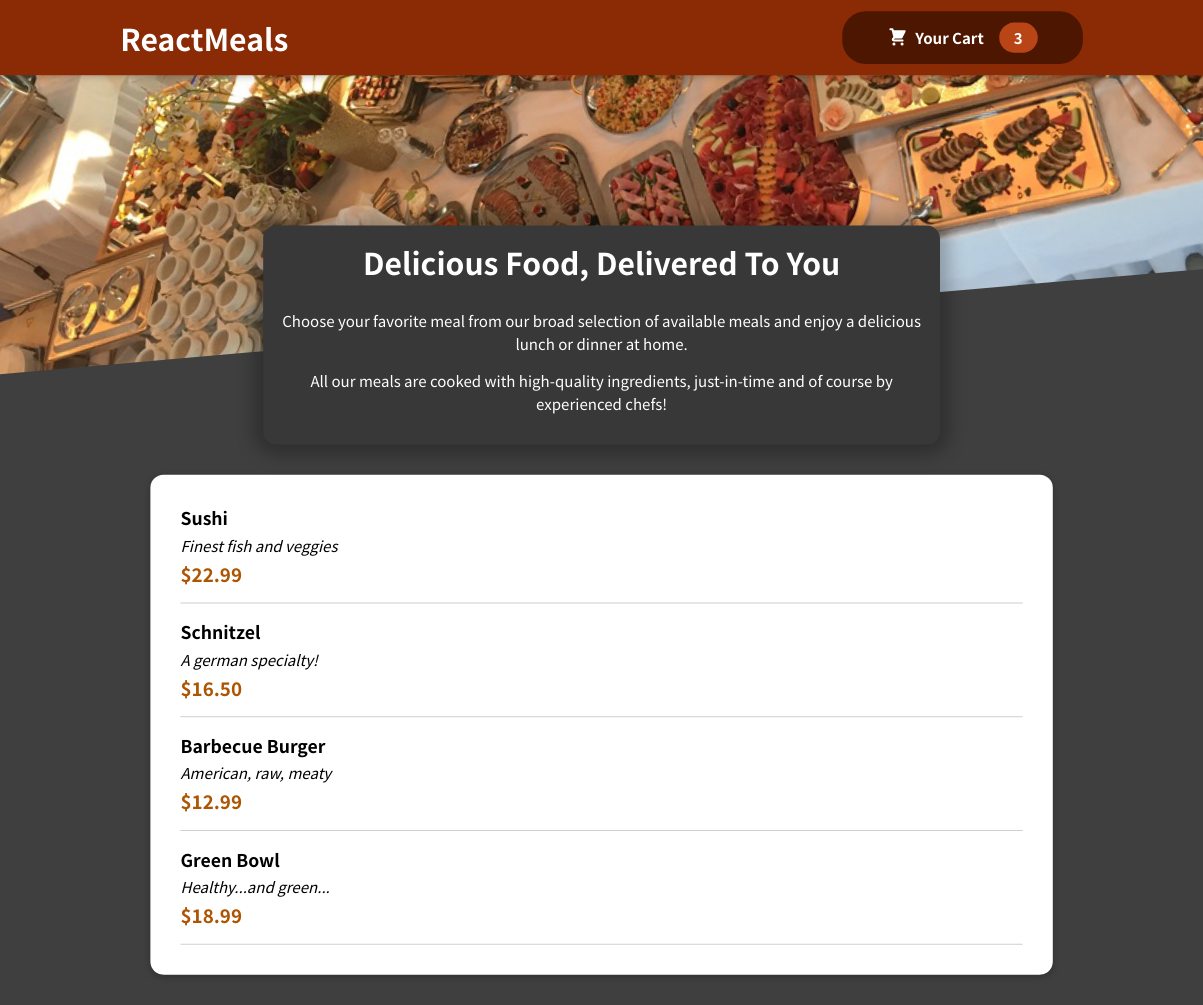
Repository: m-ahmadshaikh/React-Food-Ordering-App
Page: /
An editor plug-in stored every save of this project. The page is shown before and after the next save, followed by the edit.
The browser window is 1280 px wide. The pictures show the whole page, at 94% of full size.
The project was rebuilt for these pictures with package versions that can differ from the ones it lists, and the page was loaded fresh each time. Also part of the build but not shown: src/components/Meals/MealItemForm.module.css.

Above is the page before, as saved 2022-09-08 16:49:56.

### src/App.js
import { Fragment } from 'react';
import Header from './components/Layout/Header';
import Meals from './components/Meals/Meals';

function App() {
  return (
    <Fragment>
      <Header />
      <Meals />
    </Fragment>
  );
}

export default App;

### src/components/Layout/Header.js
import React from 'react';
import styles from './Header.module.css';
import mealsImage from '../../assets/meals.jpeg';
import HeaderCartButton from './HeaderCartButton';
export default function Header() {
  return (
    <React.Fragment>
      <header className={styles.header}>
        <h1>ReactMeals</h1>
        <HeaderCartButton />
      </header>
      <div className={styles['main-image']}>
        <img src={mealsImage} alt="A table full of delicious foods." />
      </div>
    </React.Fragment>
  );
}

### src/components/Meals/Meals.js
import React, { Fragment } from 'react';
import AvailableMeals from './AvailableMeals';
import MealsSummary from './MealsSummary';

export default function Meals() {
  return (
    <Fragment>
      <MealsSummary />
      <AvailableMeals />
    </Fragment>
  );
}

### src/components/Layout/HeaderCartButton.js
import React from 'react';
import CartIcon from '../Cart/CartIcon';
import classes from './HeaderCartButton.module.css';
export default function HeaderCartButton() {
  return (
    <button className={classes.button}>
      <span className={classes.icon}>
        <CartIcon />
      </span>
      <span>Your Cart</span>
      <span className={classes.badge}>3</span>
    </button>
  );
}

### src/components/Meals/AvailableMeals.js
import React from 'react';
import Card from '../UI/Card';
import classes from './AvailableMeals.module.css';
import MealItem from './MealItem';
const DUMMY_MEALS = [
  {
    id: 'm1',
    name: 'Sushi',
    description: 'Finest fish and veggies',
    price: 22.99,
  },
  {
    id: 'm2',
    name: 'Schnitzel',
    description: 'A german specialty!',
    price: 16.5,
  },
  {
    id: 'm3',
    name: 'Barbecue Burger',
    description: 'American, raw, meaty',
    price: 12.99,
  },
  {
    id: 'm4',
    name: 'Green Bowl',
    description: 'Healthy...and green...',
    price: 18.99,
  },
];
export default function AvailableMeals() {
  const mealsList = DUMMY_MEALS.map((meal) => (
    <MealItem
      key={meal.id}
      name={meal.name}
      description={meal.description}
      price={meal.price}
    />
  ));
  return (
    <section className={classes.meals}>
      <Card>
        <ul>{mealsList}</ul>
      </Card>
    </section>
  );
}

### src/components/Cart/CartIcon.js
import React from 'react';

export default function CartIcon() {
  return (
    <svg
      xmlns="http://www.w3.org/2000/svg"
      viewBox="0 0 20 20"
      fill="currentColor">
      <path d="M3 1a1 1 0 000 2h1.22l.305 1.222a.997.997 0 00.01.042l1.358 5.43-.893.892C3.74 11.846 4.632 14 6.414 14H15a1 1 0 000-2H6.414l1-1H14a1 1 0 00.894-.553l3-6A1 1 0 0017 3H6.28l-.31-1.243A1 1 0 005 1H3zM16 16.5a1.5 1.5 0 11-3 0 1.5 1.5 0 013 0zM6.5 18a1.5 1.5 0 100-3 1.5 1.5 0 000 3z" />
    </svg>
  );
}

### src/components/Layout/HeaderCartButton.module.css
.button {
    cursor: pointer;
    font: inherit;
    border: none;
    background-color: #4d1601;
    color: white;
    padding: 0.75rem 3rem;
    display: flex;
    justify-content: space-around;
    align-items: center;
    border-radius: 25px;
    font-weight: bold;
}

.button:hover,
.button:active {
    background-color: #2c0d00;
}

.icon {
    width: 1.35rem;
    height: 1.35rem;
    margin-right: 0.5rem;
}

.badge {
    background-color: #b94517;
    padding: 0.25rem 1rem;
    border-radius: 25px;
    margin-left: 1rem;
    font-weight: bold;
}

.button:hover .badge,
.button:active .badge {
    background-color: #92320c;
}

.bump {
    animation: bump 300ms ease-out;
}

@keyframes bump {
    0% {
        transform: scale(1);
    }

    10% {
        transform: scale(0.9);
    }

    30% {
        transform: scale(1.1);
    }

    50% {
        transform: scale(1.15);
    }

    100% {
        transform: scale(1);
    }
}

### src/components/UI/Card.js
import React from 'react';
import styles from './Card.module.css';
export default function Card(props) {
  const classNames = `${styles.card} ${props.className}`;
  return <div className={classNames}>{props.children}</div>;
}

### src/components/Meals/MealItem.js
import React from 'react';
import classes from './MealItem.module.css';
export default function MealItem(props) {
  const price = `$${props.price.toFixed(2)}`;
  return (
    <li className={classes.meal}>
      <div>
        <h3>{props.name}</h3>
        <div className={classes.description}>{props.description}</div>
        <div className={classes.price}>{price}</div>
      </div>
      <div></div>
    </li>
  );
}

### src/components/Meals/MealItemForm.js
import React from 'react';
import classes from './MealItemForm.module.css';
export default function MealItemForm() {
  return (
    <form>
      <input />
      <button>+ Add</button>
    </form>
  );
}

Loaded but not shown: public/index.html (common file); src/index.js (common file); src/index.css (common file); src/components/Layout/Header.module.css (common file); src/components/Meals/MealsSummary.js (common file); src/components/Meals/AvailableMeals.module.css (common file); src/components/Meals/MealsSummary.module.css (common file); src/components/UI/Card.module.css (common file); src/components/Meals/MealItem.module.css (common file)

After the next save:
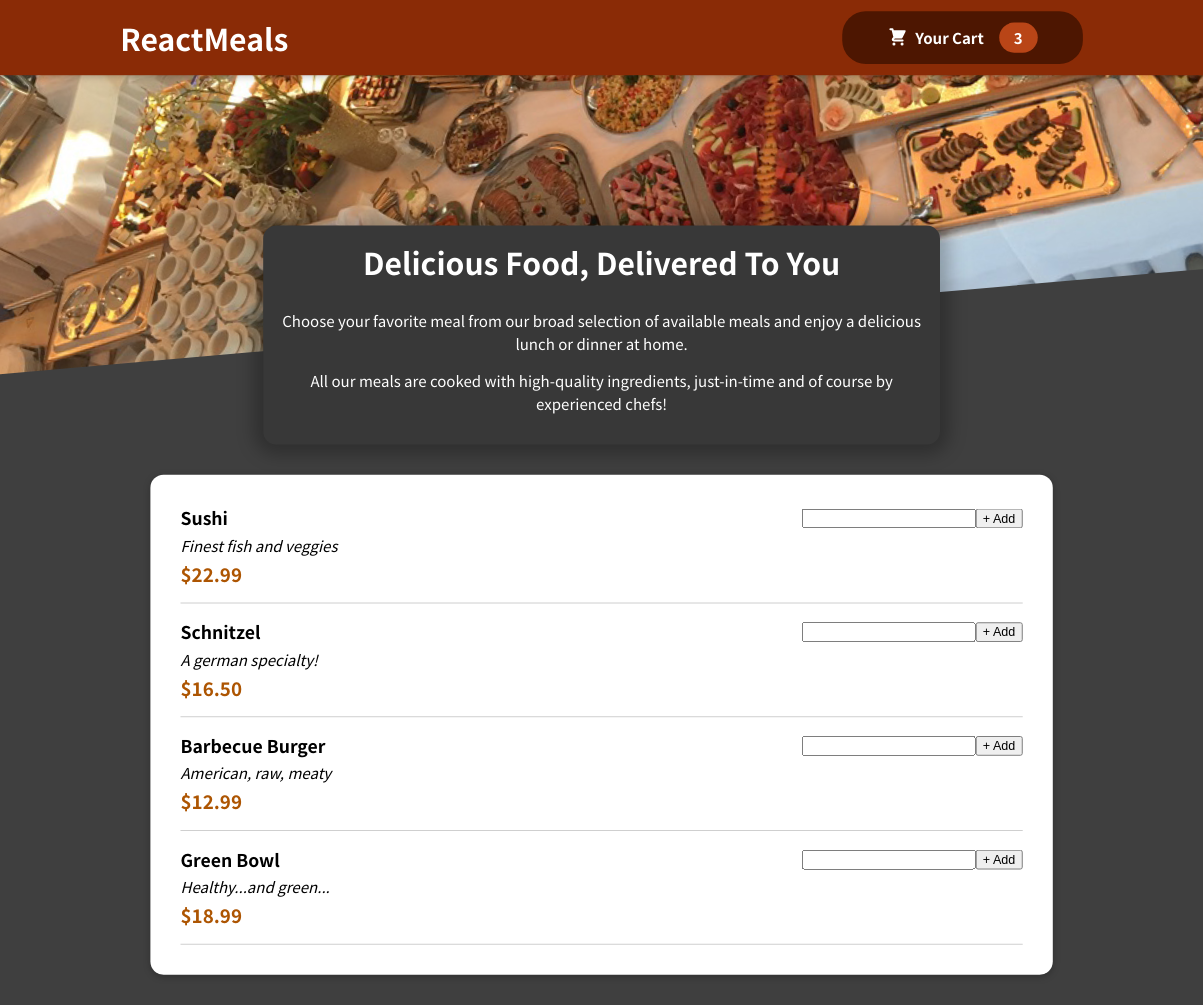
Saved 19 s later.
--- a/src/components/Meals/MealItem.js
+++ b/src/components/Meals/MealItem.js
@@ -1,5 +1,6 @@
 import React from 'react';
 import classes from './MealItem.module.css';
+import MealItemForm from './MealItemForm';
 export default function MealItem(props) {
   const price = `$${props.price.toFixed(2)}`;
   return (
@@ -9,7 +10,9 @@ export default function MealItem(props) {
         <div className={classes.description}>{props.description}</div>
         <div className={classes.price}>{price}</div>
       </div>
-      <div></div>
+      <div>
+        <MealItemForm />
+      </div>
     </li>
   );
 }
